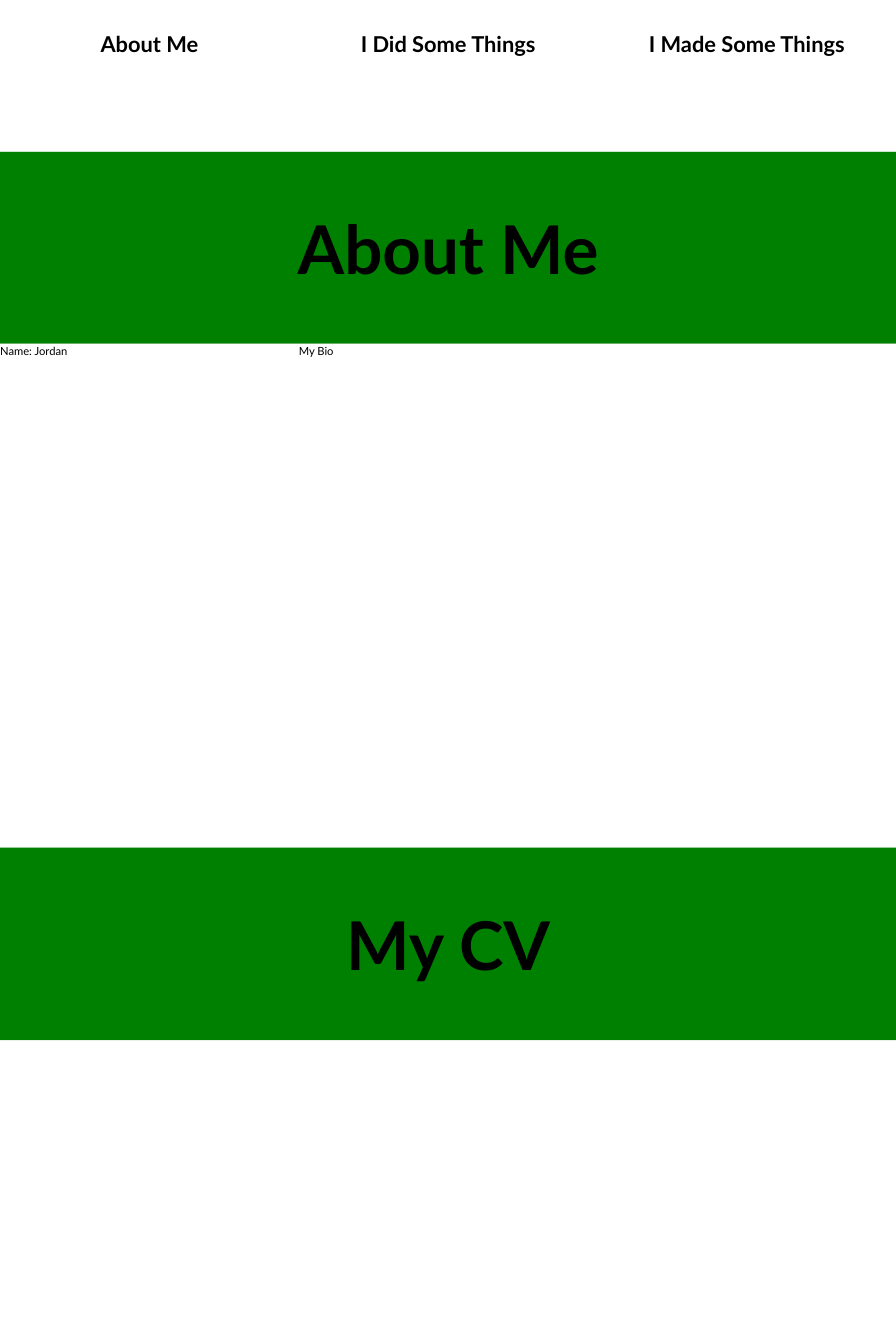
Repository: Scoofster/SWE-Flying-start-bio-website
Page: public/index.html
An editor plug-in stored every save of this project. The page is shown before and after the next save, followed by the edit.
The browser window is 1280 px wide. The pictures show the part of the page from y = 567 to 2487 px (the page is 3767 px tall before and 3213 px after), at 70% of full size.

Above is the page before, as saved 2022-06-16 14:20:38.

### public/index.html
<!--
You may use this in any way, on any site, all we ask is that you please keep the link(s) crediting the author.   Though this is not mandatory, it is certainly appreciated.
 -->

<!DOCTYPE html PUBLIC "-//W3C//DTD XHTML 1.0 Strict//EN" "http://www.w3.org/TR/xhtml1/DTD/xhtml1-strict.dtd">
<html xmlns="http://www.w3.org/1999/xhtml" xml:lang="en" lang="en">
  <head>
    <title>Blue Bliss by Bryant Smith</title>
    <meta http-equiv="content-type" content="text/html;charset=utf-8" />
    <link rel="stylesheet" type="text/css" href="index.css" />
  </head>
  <body>
    <div id="mainContentArea">
      <div id="hero" class="content-section">
        <div id="hero-overlay"></div>
        <div id="banner-photo"></div>
        <div id="hero-text">
          <h1>SWE @ Multiverse</h1>
          <h4>Web Developers Developing</h4>
        </div>
        <div id="about-me-nav-link" class="nav-link">
          <h2><a href="#about-me">About Me</a></a></h2>
        </div>
        <div id="cv-nav-link" class="nav-link">
          <h2><a href="#cv">I Did Some Things</a></h2>
        </div>
        <div id="porfolio-nav-link" class="nav-link">
          <h2><a href="#portfolio">I Made Some Things</a></h2>
        </div>
      </div>
      <div id="about-me-anchor" class="section-header"><h2>About Me</h2></div>
      <div id="about-me" class="content-section">
        <div id="personal-info">Name: Jordan</div>
        <div id="bio">My Bio</div>
      </div>
      <div id="cv-anchor" class="section-header"><h2>My CV</h2></div>
      <div id="cv" class="content-section"></div>
      <div id="porfolio-anchor" class="section-header"><h2>My Porfolio</h2></div>
      <div id="porfolio" class="content-section"></div>
    </div>
  </body>
</html>

### public/index.css

html,body{
    margin:0;
    font-family:'Trebuchet MS', 'Lucida Sans Unicode', 'Lucida Grande', 'Lucida Sans', Arial, sans-serif
    }

.content-section {
    padding: 0%;
    display: grid;
    height: 100vh;
    grid-template-columns: 1fr 1fr 1fr;
}

#hero {
    margin-top: 5%;
    width: calc(100vw-30px);
    height: 100vh;
    text-align: center;
}

#hero-overlay {
    grid-area: 1 /1 / span 2 / span 3;
    opacity: 80%;
    background-color: blue;

}

#banner-photo {
    background-image: url(./imgs/splash_photo.jpg);
    grid-area: 1 /1/ span 2 / span 3;
    background-size:cover;
    background-repeat: no-repeat;
    margin: 0;
}

#hero-text {
    grid-area: 2/2/2/2;
    color: white;

    z-index: 1;
  }

#hero-text > h1 {
    font-size: 300%;
}

.nav-link {
    height: 70%;
    width:100%;
    display:flex;
    align-items: center;
    justify-content: center;
}

.nav-link a {
    color: black;
    text-decoration: none;
    font-size: 130%;
}
  #personal-info {
    grid-area: 1/1/3/1
  }


  .section-header {
     display: flex;
     background-color: green;
     justify-content: center;
     font-size: 400%;
  }

After the next save:
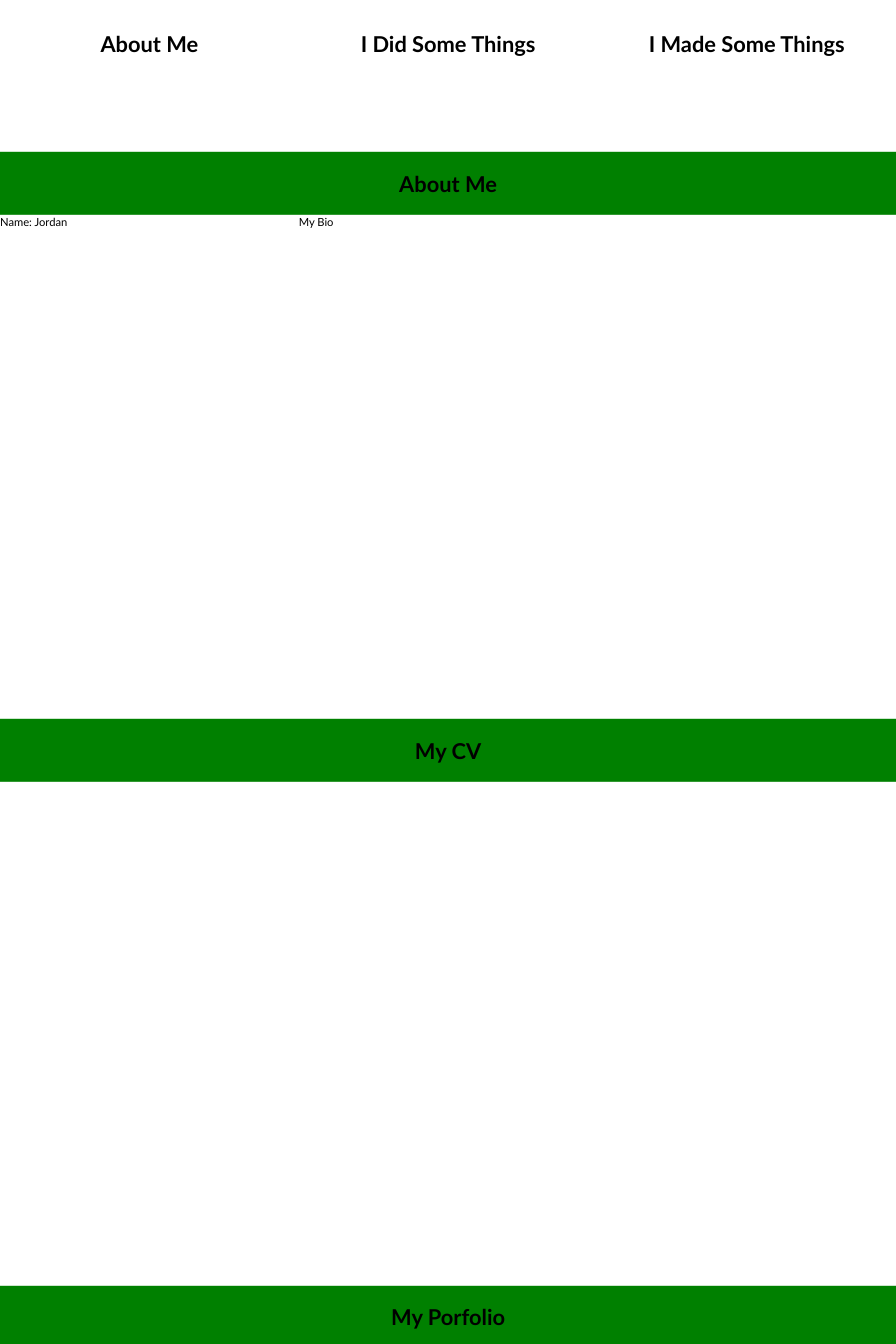
Saved 5 s later.
--- a/public/index.css
+++ b/public/index.css
@@ -66,5 +66,5 @@
      display: flex;
      background-color: green;
      justify-content: center;
-     font-size: 400%;
+     font-size: 130%;
   }
